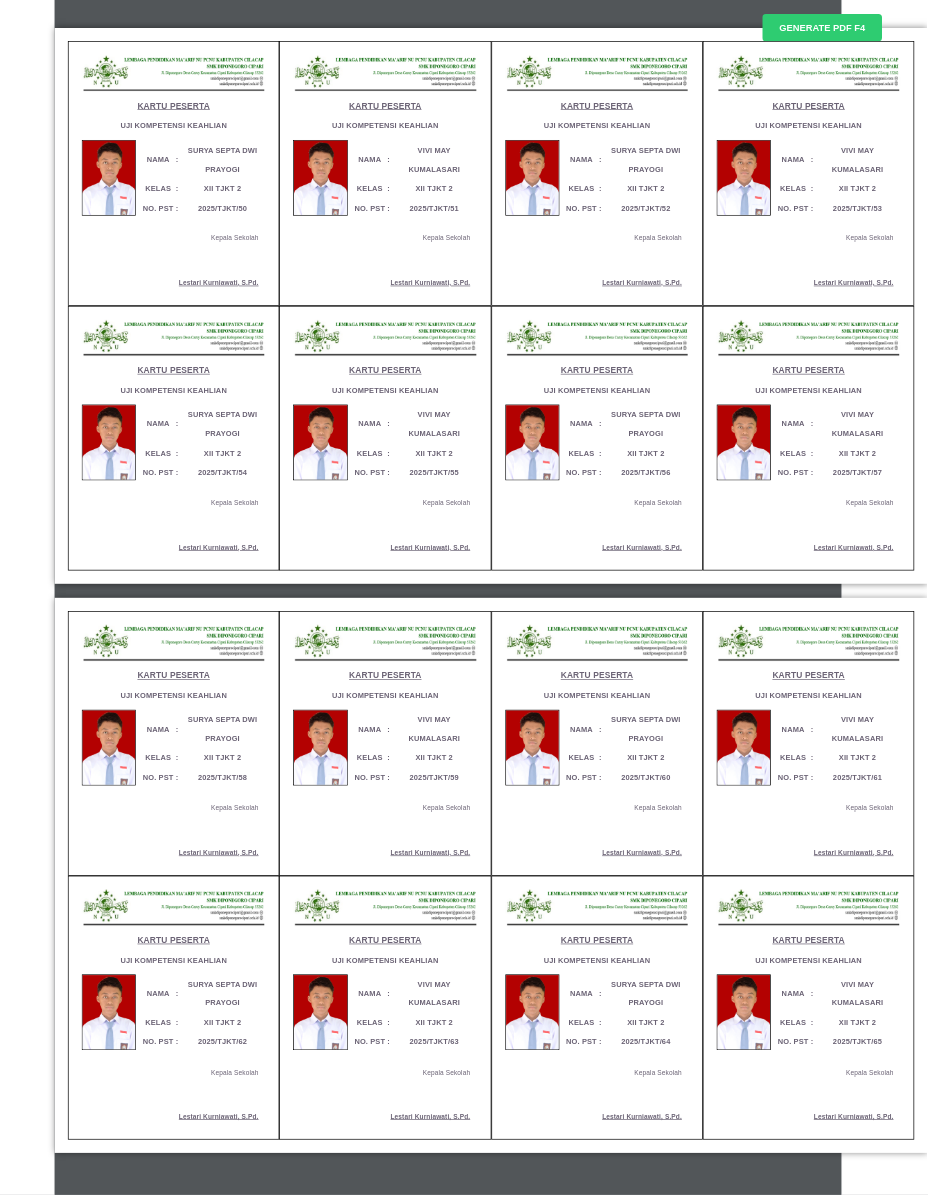
Repository: UsmanAzizz/generator-kartu-tes
Page: /
The author's editor kept a copy of each file at every save. The page is drawn from the files as they stood at one save, then again after the next save.
The browser window is 1280 px wide. The page is 1325 px wide, then 1280 px, then 1325 px, so the pictures cover 1325 px, including what lies to the right of the window. The pictures show the part of the page from y = 0 to 1840 px (the page is 1707 px tall before and 2614 px after), at 70% of full size.
The project was rebuilt for these pictures with package versions that can differ from the ones it lists, and the page was loaded fresh each time. Also part of the build but not shown: vite.config.js.

Above is the page before, as saved 2026-03-18 15:29:37.

After the next save:
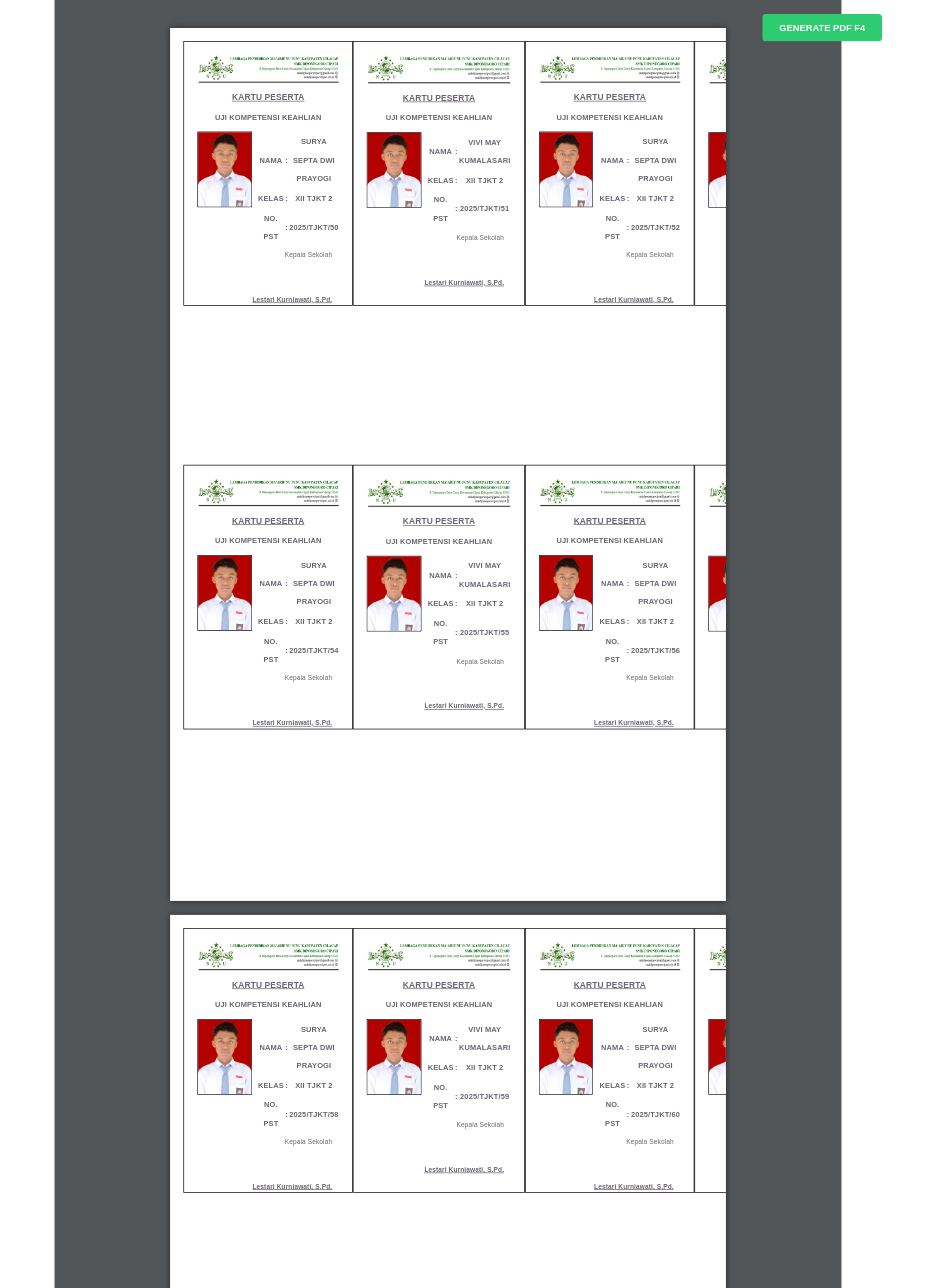
Saved 20 s later.
--- a/src/App.jsx
+++ b/src/App.jsx
@@ -42,8 +42,8 @@
     wrapper: { backgroundColor: '#525659', padding: '40px 0', minHeight: '100vh', fontFamily: 'Arial' },
     // Container Kertas F4 Landscape
     page: {
-      width: '330mm',
-      height: '210mm',
+      width: '210mm',
+      height: '330mm',
       backgroundColor: 'white',
       margin: '0 auto 20px auto',
       display: 'grid',

After the save that followed:
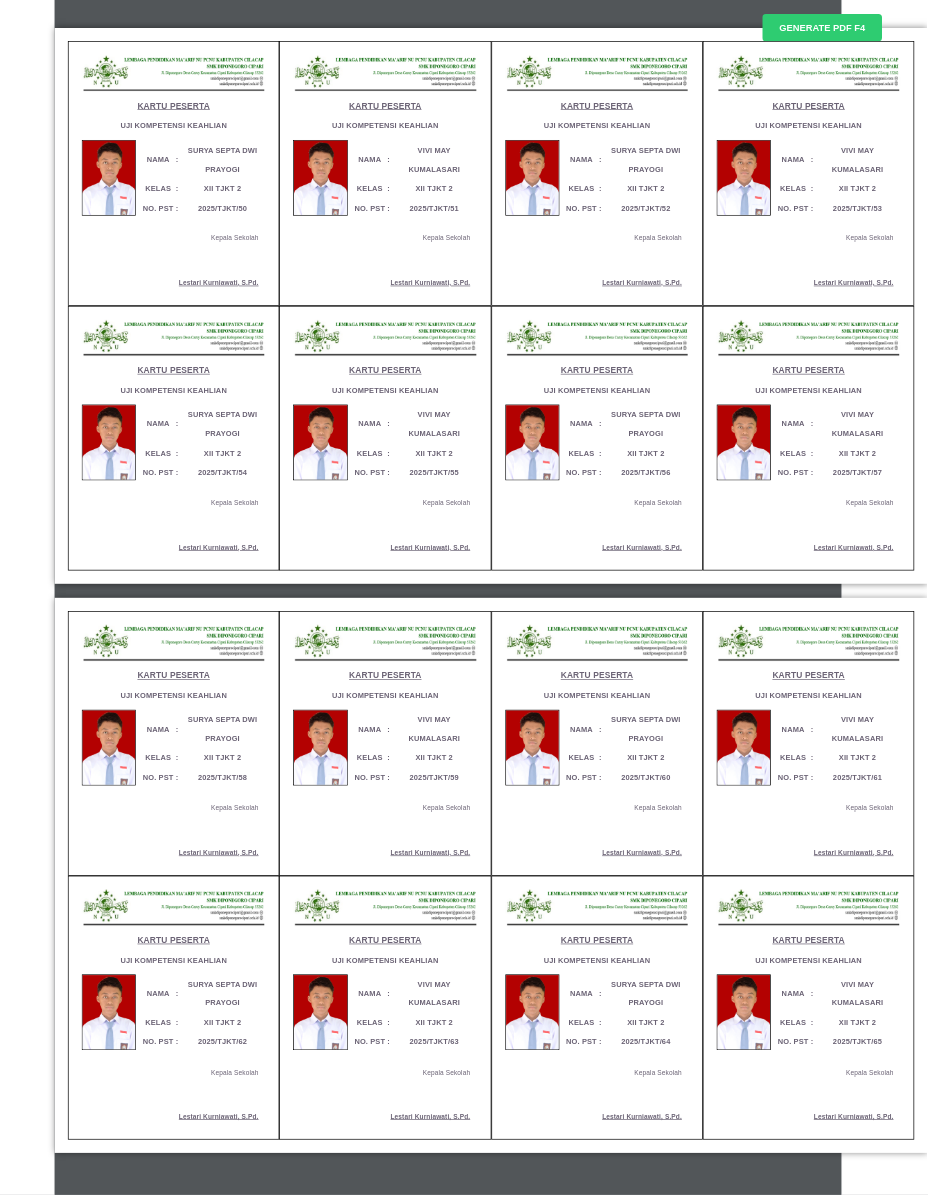
Saved 4 s later.
--- a/src/App.jsx
+++ b/src/App.jsx
@@ -42,8 +42,8 @@
     wrapper: { backgroundColor: '#525659', padding: '40px 0', minHeight: '100vh', fontFamily: 'Arial' },
     // Container Kertas F4 Landscape
     page: {
-      width: '210mm',
-      height: '330mm',
+      width: '330mm',
+      height: '210mm',
       backgroundColor: 'white',
       margin: '0 auto 20px auto',
       display: 'grid',
